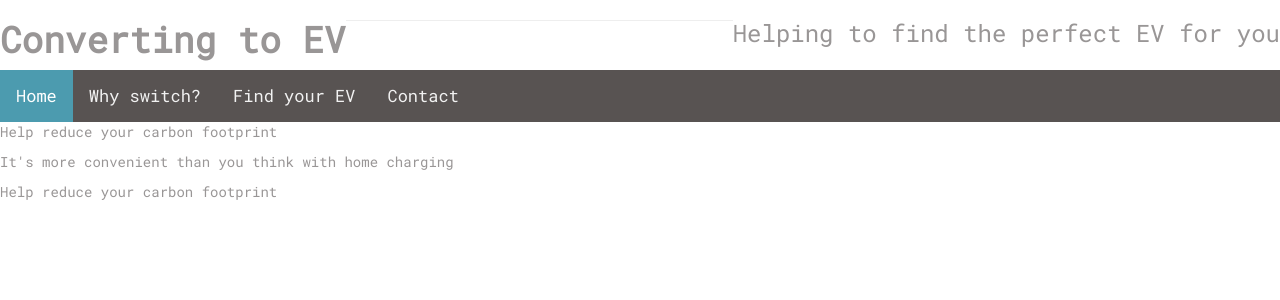
Repository: gnisco/project-2
Page: index.html
The author's editor kept a record of every edit. The page is drawn from the files as they stood at one moment, then again after the next edit.
The browser window is 1280 px wide. The pictures show the whole page.
Some web libraries are served in a nearby version.

Above is the page before.

### index.html
<!DOCTYPE html>
<html lang="en">
<head>
    <link rel="stylesheet" href="https://maxcdn.bootstrapcdn.com/bootstrap/3.3.7/css/bootstrap.min.css" type="text/css" />
    <link rel="stylesheet" href="https://maxcdn.bootstrapcdn.com/font-awesome/4.7.0/css/font-awesome.min.css" type="text/css" />
    <link rel="stylesheet" href="https://cdnjs.cloudflare.com/ajax/libs/hover.css/2.1.1/css/hover-min.css" type="text/css" />
    <link rel="stylesheet" href="assets/css/style.css" type="text/css" />
    <script src="https://ajax.googleapis.com/ajax/libs/jquery/3.2.1/jquery.min.js"></script>
    <script src="assets/js/navbar.js"></script>
    <title>Convert to EV</title>
</head>
<body>
    <header class="container-fluid">
        <div class="col">
            <div class="row bg-color-name-title">
                <div style="clear: both">
                    <h1 class="title" style="float: left">Converting to EV</h1>
                    <h3 class="sub-title" style="float: right">Helping to find the perfect EV for you</h3>
                </div>
                <hr />
            </div>
        </div>
        <div class="row">
            <div class="topnav" id="myTopnav">
                <a href="index.html" class="active">Home</a>
                <a href="why-switch.html">Why switch?</a>
                <a href="#find-your-ev.html">Find your EV</a>
                <a href="#contact.html">Contact</a>
                <a href="javascript:void(0);" class="icon" onclick="myFunction()">
                  <i class="fa fa-bars"></i>
                </a>
            </div>
    </header>
    <section class="container-fluid">
        <div class="row bg-photo">
            <p>Help reduce your carbon footprint</p>
        </div>
        <div class="row bg-photo-1">
            <p>It's more convenient than you think with home charging</p>
        </div>
        <div class="row bg-photo-2">
            <p>Help reduce your carbon footprint</p>
        </div>
    </section>
    <footer>

    </footer>
</body>
</html>

### assets/css/style.css
@import url('https://fonts.googleapis.com/css?family=Roboto+Mono&display=swap');

/*--------------------------------------------navbar*/

/* When the screen is less than 600 pixels wide, hide all links, except for the first one ("Home"). Show the link that contains should open and close the topnav (.icon) */
@media screen and (max-width: 600px) {
  .topnav a:not(:first-child) {display: none;}
  .topnav a.icon {
    float: right;
    display: block;
  }
}

/* The "responsive" class is added to the topnav with JavaScript when the user clicks on the icon. This class makes the topnav look good on small screens (display the links vertically instead of horizontally) */
@media screen and (max-width: 600px) {
  .topnav.responsive {position: relative;}
  .topnav.responsive a.icon {
    position: absolute;
    right: 0;
    top: 0;
  }
  .topnav.responsive a {
    float: none;
    display: block;
    text-align: left;
  }
}

/* Add a black background color to the top navigation */
.topnav {
  background-color: #585352;
  overflow: hidden;
}

/* Style the links inside the navigation bar */
.topnav a {
  float: left;
  display: block;
  color: #f2f2f2;
  text-align: center;
  padding: 14px 16px;
  text-decoration: none;
  font-size: 17px;
}

/* Change the color of links on hover */
.topnav a:hover {
  background-color: #f2f2f2;
  color: black;
}

/* Add an active class to highlight the current page */
.topnav a.active {
  background-color: #4C9BAF;
  color: white;
}

/* Hide the link that should open and close the topnav on small screens */
.topnav .icon {
  display: none;
}

/*--------------------------------------------Title*/

.bg-color-name-title {
    background-color: #fff;
    color: #585352;
}

.title {
    color: #999696;
    text-align: center;
    font-weight: bold;
}

.sub-title {
    color: #999696;
    text-align: center;
}


body {
    font-family: Roboto Mono, sans-serif;
    font-weight: 200;
    background-color: #fff;
    color: #999696;
}

.bg-photo {
    background-image:
}

Loaded but not shown: assets/js/navbar.js (common file)

After the next edit:
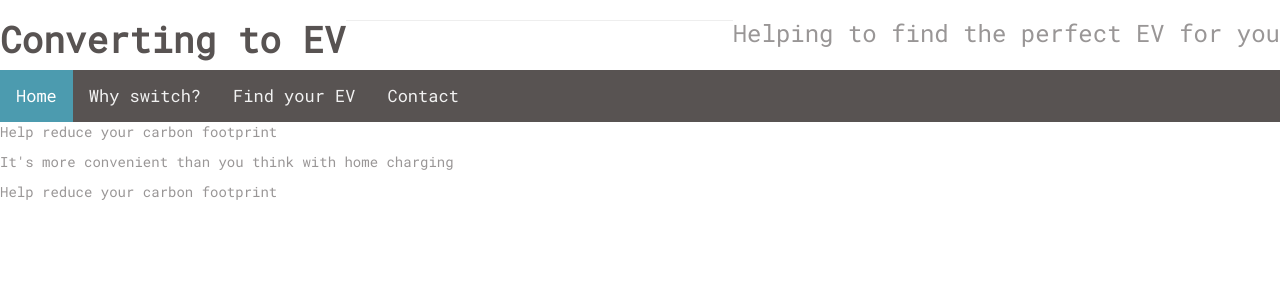
The edit:
--- a/assets/css/style.css
+++ b/assets/css/style.css
@@ -68,7 +68,7 @@
 }
 
 .title {
-    color: #999696;
+    color: #585352;
     text-align: center;
     font-weight: bold;
 }
